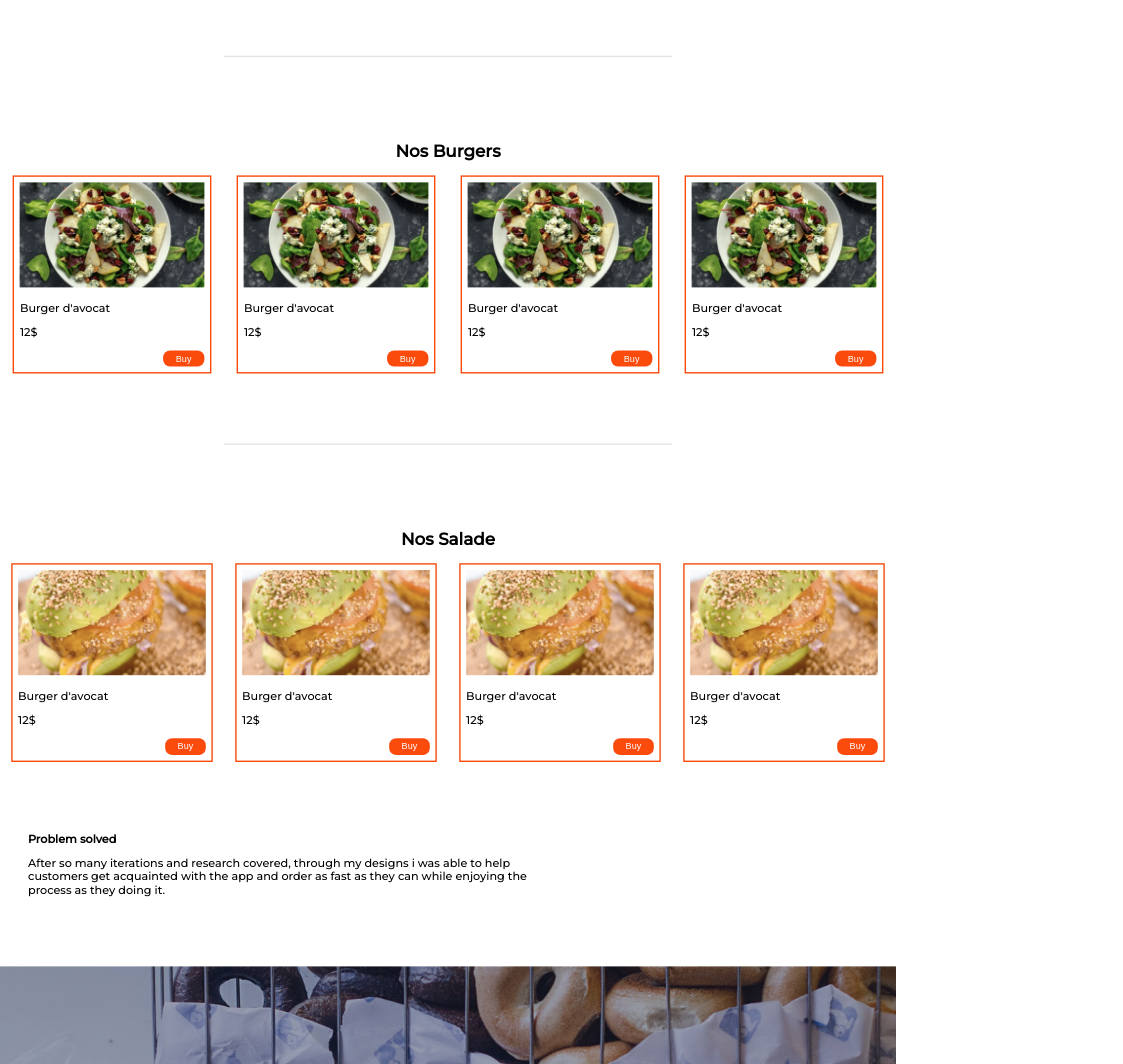
Repository: Ahlam-belhadj/bella-olange
Page: index.html
An editor plug-in stored every save of this project. The page is shown before and after a run of saves, followed by the edit.
The browser window is 1280 px wide. The page is 1430 px wide, then 1604 px, so the pictures cover 1604 px, including what lies to the right of the window. The pictures show the part of the page from y = 1172 to 2692 px (the page is 3342 px tall before and 3366 px after), at 70% of full size.

Above is the page before, as saved 2023-02-14 11:47:02.

After the next 2 saves:
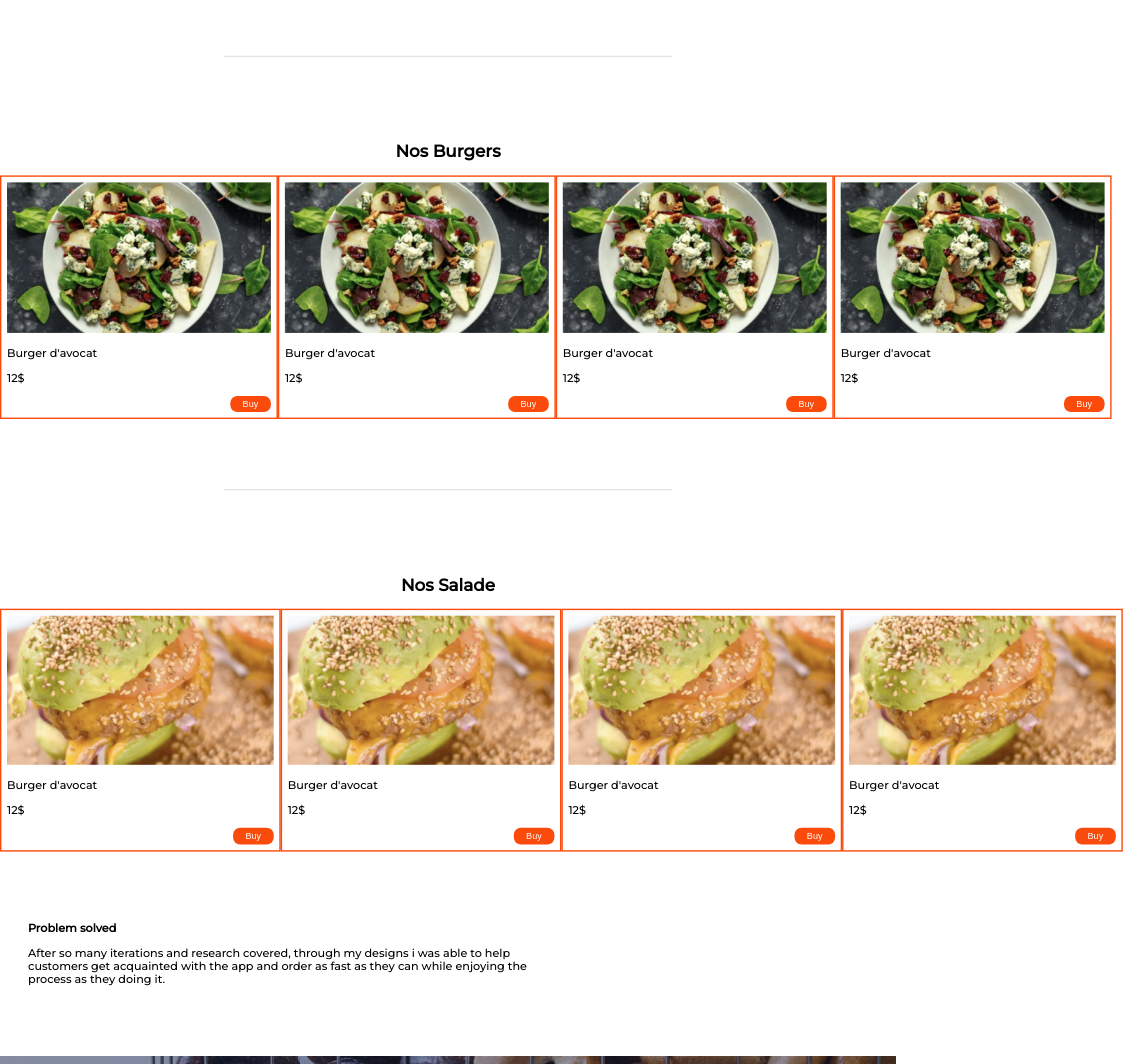
The 2 saves are shown as one change because they came seconds apart.
The last was saved 9 s later.
--- a/style.css
+++ b/style.css
@@ -173,7 +173,7 @@ h2{
 
 }
 
-img {
+.pimg {
   height: 150px;
 }
 
